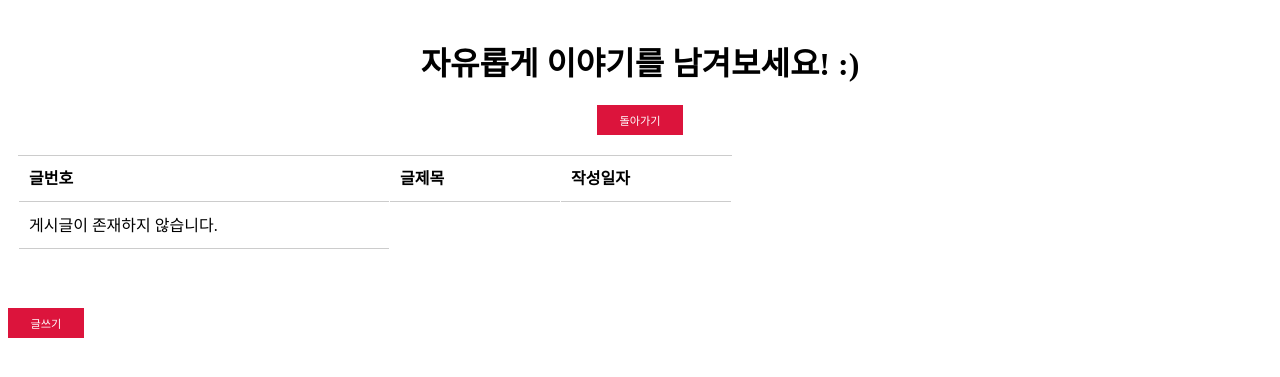
Repository: minkyung0421/NMT_Project
Page: http://localhost/MyPage_Project/list.jsp
These files come from the project's save history. The page is drawn as it stood at one moment and after the next save; the edit follows.
The browser window is 1280 px wide. The pictures show the whole page.
The page is served by Tomcat 9. Queries for data that is not in the repository find no rows.

Above is the page before, as saved 2018-08-30 23:14:00.

### NMT_Project/MyPage_Project/WebContent/list.jsp
<%@ page language="java" contentType="text/html; charset=UTF-8"
    pageEncoding="UTF-8"%>
<%@ page import="java.sql.*" %>
<!DOCTYPE html PUBLIC "-//W3C//DTD HTML 4.01 Transitional//EN" "http://www.w3.org/TR/html4/loose.dtd">
<html>
<head>
<meta http-equiv="Content-Type" content="text/html; charset=UTF-8">
<title>List</title>
<style>

	table.type04 {
    border-collapse: separate;
    border-spacing: 1px;
    text-align: left;
    line-height: 1.5;
    border-top: 1px solid #ccc;
  margin : 20px 10px;
}
table.type04 th {
    width: 150px;
    padding: 10px;
    font-weight: bold;
    vertical-align: top;
    border-bottom: 1px solid #ccc;
}
table.type04 td {
    width: 350px;
    padding: 10px;
    vertical-align: top;
    border-bottom: 1px solid #ccc;
}




      .Btn{margin:30px auto 0; width:100px;}

      button{
        background:crimson;
        color:#fff;
        border:none;
        position:relative;
        height:30px;
        font-size:0.7em;
        padding:0 2em;
        cursor:pointer;
        transition:800ms ease all;
        outline:none;
      }
      button:hover{
        background:#fff;
        color:crimson;
      }
      button:before,button:after{
        content:'';
        position:absolute;
        top:0;
        right:0;
        height:2px;
        width:0;
        background: crimson;
        transition:400ms ease all;
      }
      button:after{
        right:inherit;
        top:inherit;
        left:0;
        bottom:0;
      }
      button:hover:before,button:hover:after{
        width:100%;
        transition:800ms ease all;
      }



</style>
</head>
<body>
 <center><h1 style = "margin-top:3%">자유롭게 이야기를 남겨보세요! :)</h1>
        <a href = "index.jsp"><button>돌아가기</button></a></center>
<%

	Class.forName("com.mysql.jdbc.Driver"); //mysql연동
	String url = "jdbc:mysql://localhost:3306/blog?useUnicode=true&amp;characterEncoding=UTF-8"; //mysql 데이터베이스명
	String mysql_id = "root"; //mysql id
	String mysql_pw = "1234"; //mysql pw
	int total = 0;

	try{
		Connection conn = DriverManager.getConnection(url, mysql_id, mysql_pw);
		Statement stmt = conn.createStatement();
		String totalSql = "select count(*) from board;"; //총 글 갯수
		ResultSet rs = stmt.executeQuery(totalSql);

		if(rs.next()){
			total = rs.getInt(1);
		}

		String listSql = "select board_no, board_title, board_date from board;"; //전체리스트
		rs = stmt.executeQuery(listSql);

		//오류가 없을 시
		%>
		<table class="type04">
			<tr>
				<th>글번호</th>
				<th>글제목</th>
				<th>작성일자</th>
			<tr>
			<%
			if(total==0){
			%>
			<tr>
				<td>게시글이 존재하지 않습니다.</td>
			</tr>
			<%
			//total이 0이 아닐때
			}else{
				while(rs.next()){
					int board_no = rs.getInt(1);
					String board_title = rs.getString(2);
					String board_date = rs.getString(3);

					//리스트 출력
			%>
			<tr>
				<th scope="row"><%=board_no %></th>
        		<td><a href="Detail.jsp?board_no=<%=board_no%>"><%= board_title %></a></td>
				<td><%= board_date %></td>
			</tr>
			<%
				}
			}
			rs.close();
			conn.close();
			stmt.close();
	}catch(SQLException e){
		out.println(e.toString());
	}
%>
</table>

<a href = "Write.jsp"><button style = "margin-top:3%;s">글쓰기</button></a>
</body>
</html>

After the next save:
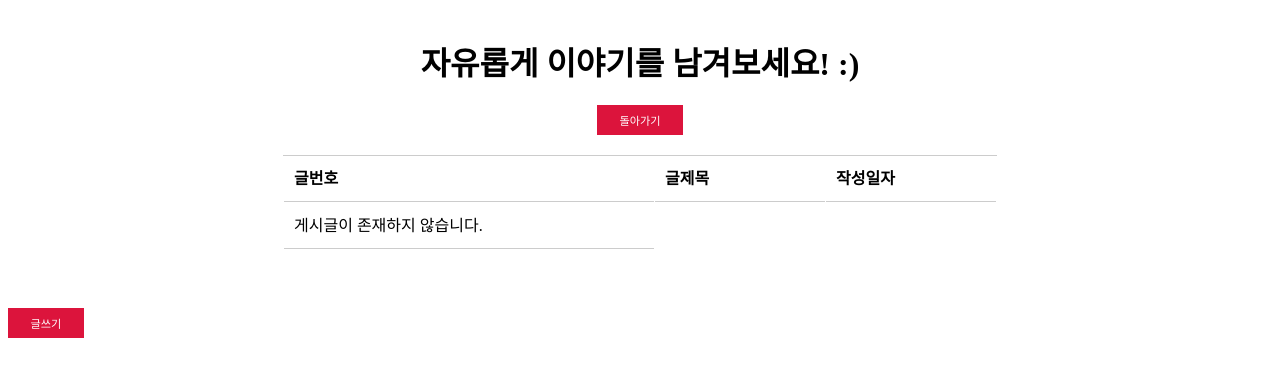
Saved 30 s later.
--- a/NMT_Project/MyPage_Project/WebContent/list.jsp
+++ b/NMT_Project/MyPage_Project/WebContent/list.jsp
@@ -102,6 +102,7 @@ table.type04 td {
 
 		//오류가 없을 시
 		%>
+		<center>
 		<table class="type04">
 			<tr>
 				<th>글번호</th>
@@ -140,7 +141,7 @@ table.type04 td {
 	}
 %>
 </table>
-
+</center>
 <a href = "Write.jsp"><button style = "margin-top:3%;s">글쓰기</button></a>
 </body>
 </html>
